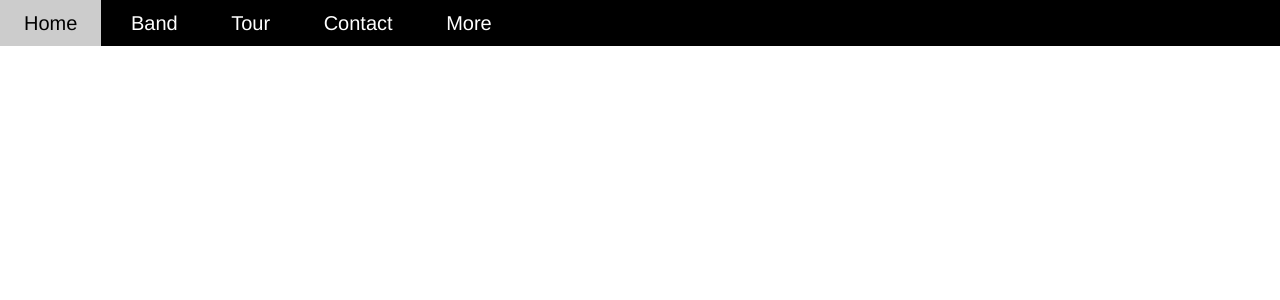
Repository: nugort/nugort.github.io
Page: f8/the-band/index.html
These files come from the project's save history. The page is drawn as it stood at one moment and after the next save; the edit follows.
The browser window is 1280 px wide. The pictures show the whole page.
Some web fonts or font styles are not loaded; a fallback is used. Some web libraries are served in a nearby version.

Above is the page before, as saved 2022-02-07 00:55:39.

After the next save:
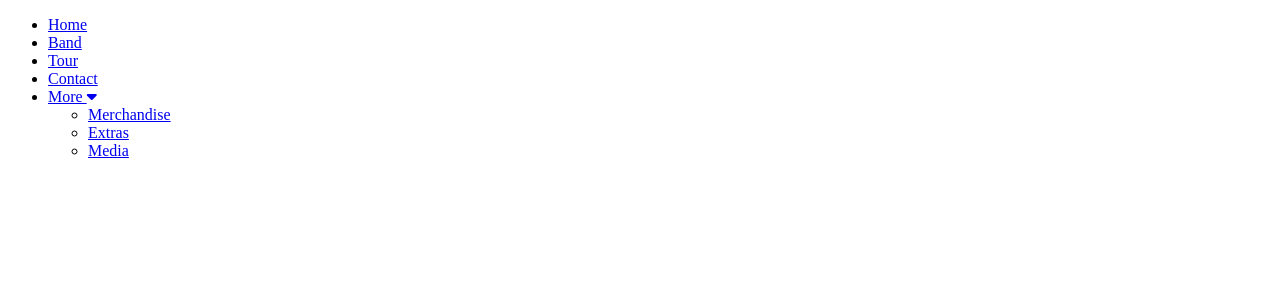
Saved 2 h 31 min later.
--- a/f8/the-band/index.html
+++ b/f8/the-band/index.html
@@ -7,7 +7,7 @@
     <meta name="viewport" content="width=device-width, initial-scale=1.0">
     <title>Document</title>
     <link rel="stylesheet" href="./assets/css/fonts/fonts-awsome/all.css">
-    <link rel="stylesheet" href="./assets/css/styles.css">
+    <script src="https://kit.fontawesome.com/28e152e343.js" crossorigin="anonymous"></script>
 </head>
 
 <body>

After the save that followed:
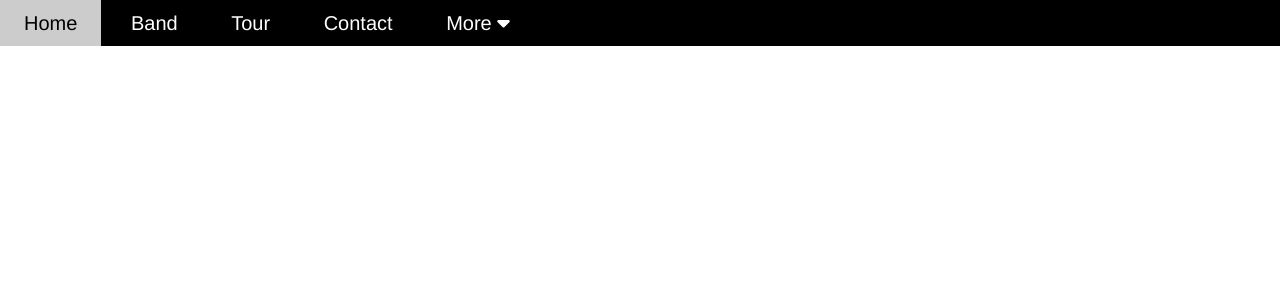
Saved 12 min 36 s later.
--- a/f8/the-band/index.html
+++ b/f8/the-band/index.html
@@ -6,8 +6,8 @@
     <meta http-equiv="X-UA-Compatible" content="IE=edge">
     <meta name="viewport" content="width=device-width, initial-scale=1.0">
     <title>Document</title>
-    <link rel="stylesheet" href="./assets/css/fonts/fonts-awsome/all.css">
     <script src="https://kit.fontawesome.com/28e152e343.js" crossorigin="anonymous"></script>
+    <link rel="stylesheet" href="./assets/css/styles.css">
 </head>
 
 <body>
